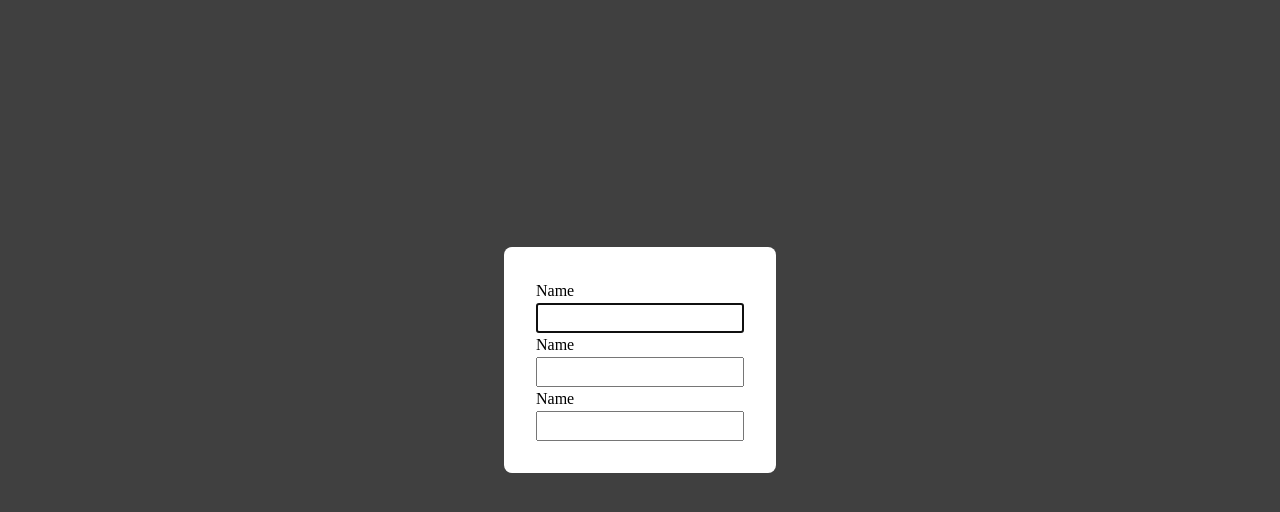
Repository: hjubsoni/hex-ocean-task
Page: /, after clicking the first element matching `button.order-button`
An editor plug-in stored every save of this project. The page is shown before and after the next save, followed by the edit.
The browser window is 1280 px wide. The pictures show the whole page.
The project was rebuilt for these pictures with package versions that can differ from the ones it lists, and the page was loaded fresh each time. Also part of the build but not shown: vite.config.ts.

Above is the page before, as saved 2023-03-21 18:17:04.

After the next save:
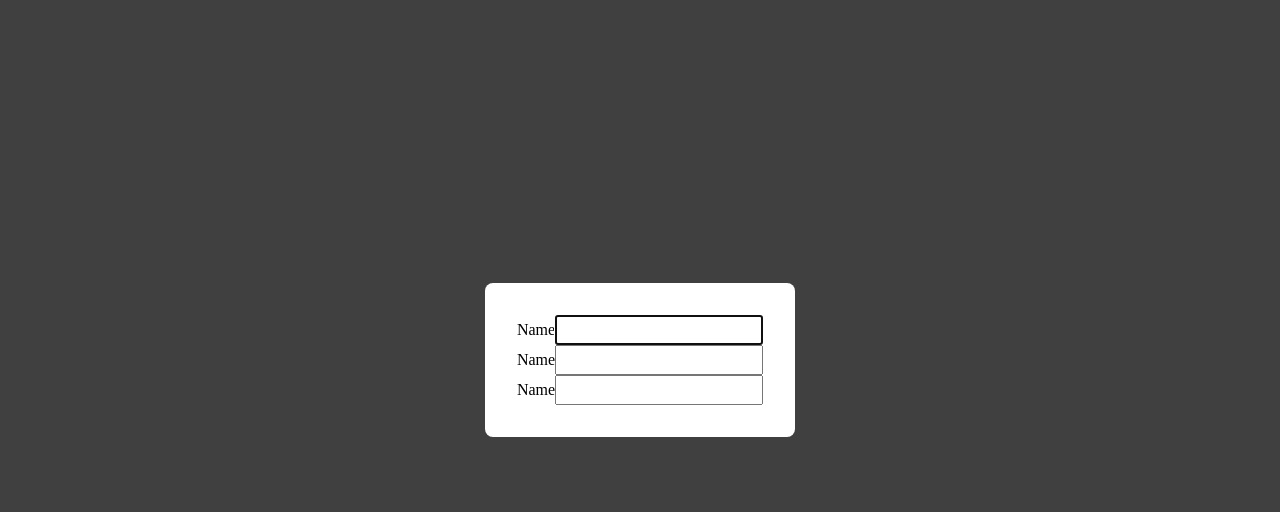
Saved 4 h 6 min later.
--- a/src/components/ModalForm/ModalForm.tsx
+++ b/src/components/ModalForm/ModalForm.tsx
@@ -9,12 +9,18 @@ function ModalForm({ handleDismiss }: { handleDismiss: () => void }) {
       <div className="wrapper">
         <div className="backdrop" />
         <form className="modal-form">
-          <label>Name</label>
-          <input />
-          <label>Name</label>
-          <input />
-          <label>Name</label>
-          <input />
+          <div>
+            <label>Name</label>
+            <input />
+          </div>
+          <div>
+            <label>Name</label>
+            <input />
+          </div>
+          <div>
+            <label>Name</label>
+            <input />
+          </div>
         </form>
       </div>
     </FocusLock>
